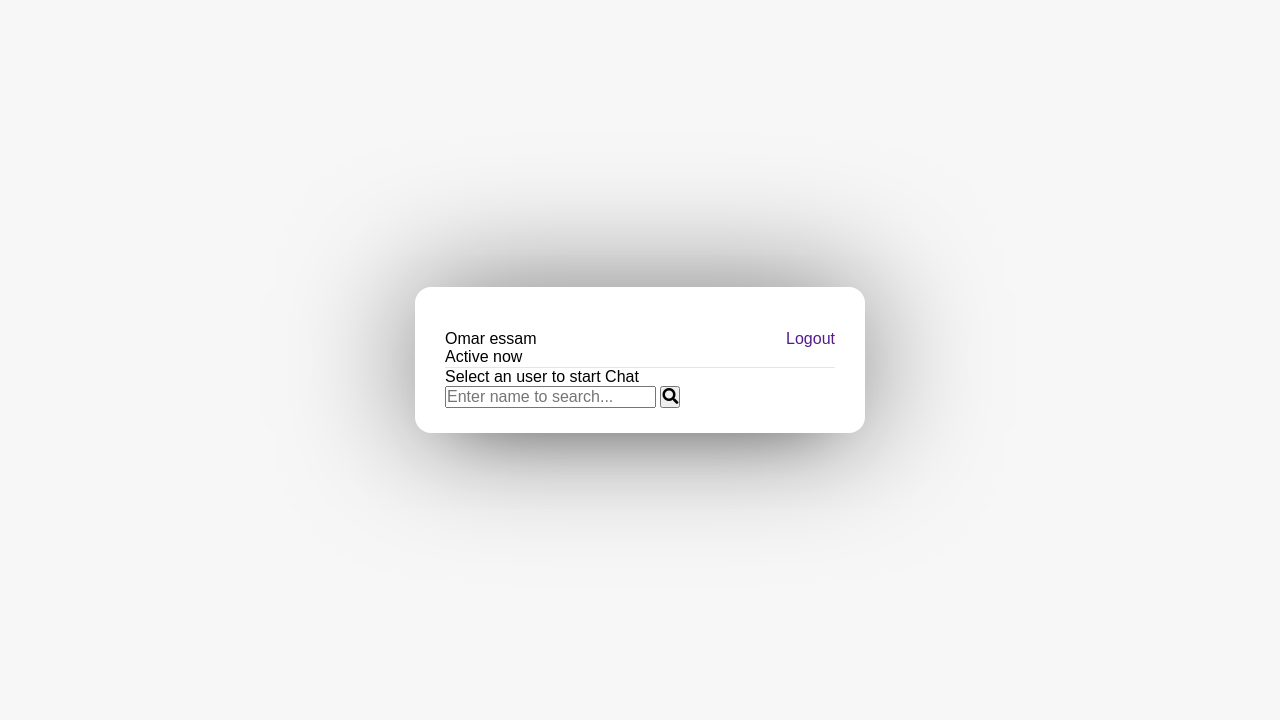
Repository: OmarEssameldinMousa/Chat-Application
Page: users.html
These files come from the project's save history. The page is drawn as it stood at one moment and after the next save; the edit follows.
The browser window is 1280 px wide. The pictures show the whole page.

Above is the page before, as saved 2023-09-22 08:21:13.

After the next save:
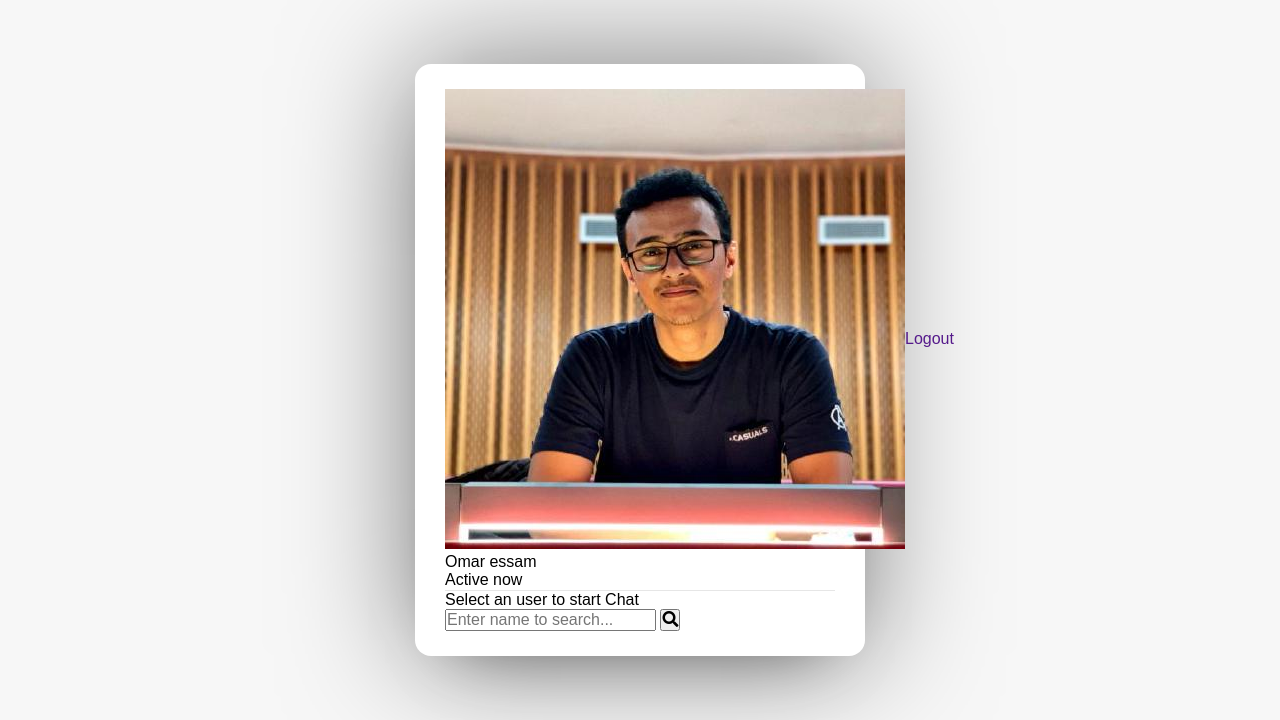
Saved 14 min 51 s later.
--- a/users.html
+++ b/users.html
@@ -15,7 +15,7 @@
         <section class="users">
             <header>
                 <div class="content">
-                    <img src="#" alt="">
+                    <img src="images/124374760.jpg" alt="">
                     <div class="details">
                         <span>Omar essam</span>
                         <p>Active now</p>
